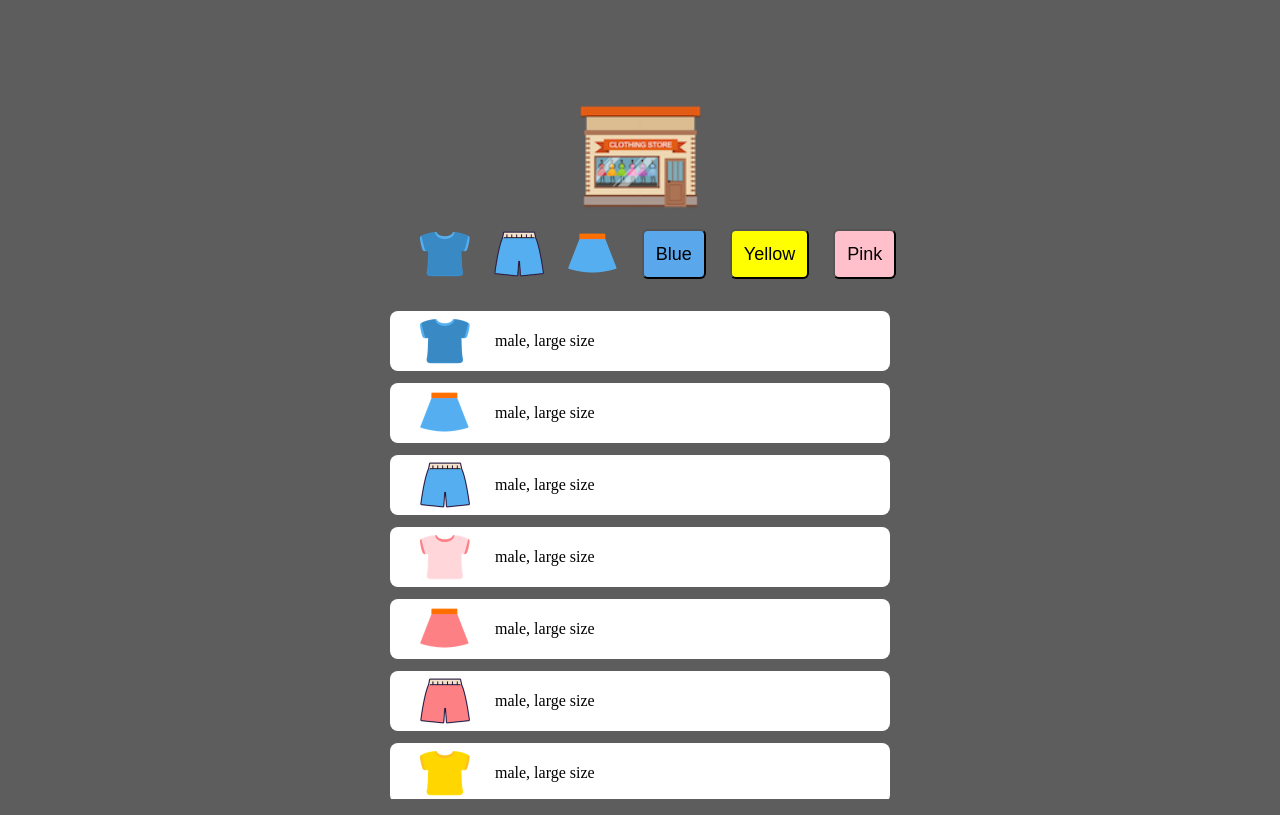
Repository: keehoonjung/Shoppingmall-Game
Page: index.html
An editor plug-in stored every save of this project. The page is shown before and after the next save, followed by the edit.
The browser window is 1280 px wide. The pictures show the whole page.
An inner scrolling area shows only its first screen.

Above is the page before, as saved 2021-08-12 16:40:50.

### index.html
<!DOCTYPE html>
<html lang="en">
<head>
    <meta charset="UTF-8">
    <meta http-equiv="X-UA-Compatible" content="IE=edge">
    <meta name="viewport" content="width=device-width, initial-scale=1.0">
    <title>Shoppingamll Game</title>
    <link rel="stylesheet" href="style.css">
    <script src="main.js" defer></script>
</head>
<body>
    <header>
        <img src="./imgs/logo.png" alt="header" class="header__logo">
    </header>
    <ul class="filter">
        <li class="filter__btn">
            <img src="./imgs/blue_t.png" alt="shirt" class="shirt">
        </li>
        <li class="filter__btn">
            <img src="./imgs/blue_p.png" alt="pants" class="pants">
        </li>
        <li class="filter__btn">
            <img src="./imgs/blue_s.png" alt="" class="skirt">
        </li>
        <li class="filter__btn">
            <button class="blue">
                Blue
            </button>
        </li>
        <li class="filter__btn">
            <button class="yellow">
                Yellow
            </button>
        </li>
        <li class="filter__btn">
            <button class="pink">
                Pink
            </button>
        </li>
    </ul>
    <ul class="items">
        <li class="item visible" data-type="shirt" data-color="blue">
            <img src="./imgs/blue_t.png" alt="blueshirt">
            <span>male, large size</span>
        </li>
        <li class="item visible" data-type="skirt" data-color="blue">
            <img src="./imgs/blue_s.png" alt="blueshirt">
            <span>male, large size</span>
        </li>
        <li class="item visible" data-type="pants" data-color="blue">
            <img src="./imgs/blue_p.png" alt="blueshirt">
            <span>male, large size</span>
        </li>
        <li class="item visible" data-type="shirt" data-color="pink">
            <img src="./imgs/pink_t.png" alt="blueshirt">
            <span>male, large size</span>
        </li>
        <li class="item visible" data-type="skirt" data-color="pink">
            <img src="./imgs/pink_s.png" alt="blueshirt">
            <span>male, large size</span>
        </li>
        <li class="item visible" data-type="pants" data-color="pink">
            <img src="./imgs/pink_p.png" alt="blueshirt">
            <span>male, large size</span>
        </li>
        <li class="item visible" data-type="shirt" data-color="yellow">
            <img src="./imgs/yellow_t.png" alt="blueshirt">
            <span>male, large size</span>
        </li>
        <li class="item visible" data-type="skirt" data-color="yellow">
            <img src="./imgs/yellow_s.png" alt="blueshirt">
            <span>male, large size</span>
        </li>
        <li class="item visible" data-type="pants" data-color="yellow">
            <img src="./imgs/yellow_p.png" alt="blueshirt">
            <span>male, large size</span>
        </li>
        <li class="item visible" data-type="shirt" data-color="yellow">
            <img src="./imgs/yellow_t.png" alt="blueshirt">
            <span>male, large size</span>
        </li>
        <li class="item visible" data-type="skirt" data-color="yellow">
            <img src="./imgs/yellow_s.png" alt="blueshirt">
            <span>male, large size</span>
        </li>
        <li class="item visible" data-type="pants" data-color="yellow">
            <img src="./imgs/yellow_p.png" alt="blueshirt">
            <span>male, large size</span>
        </li>
        <li class="item visible" data-type="shirt" data-color="yellow">
            <img src="./imgs/yellow_t.png" alt="blueshirt">
            <span>male, large size</span>
        </li>
        <li class="item visible" data-type="skirt" data-color="yellow">
            <img src="./imgs/yellow_s.png" alt="blueshirt">
            <span>male, large size</span>
        </li>
        <li class="item visible" data-type="pants" data-color="yellow">
            <img src="./imgs/yellow_p.png" alt="blueshirt">
            <span>male, large size</span>
        </li>
    </ul>
</body>
</html>

### style.css
* {
  box-sizing: border-box;
}

body {
  background-color: rgb(94, 93, 93);
  text-align: center;
  margin: 0;
}

ul {
  list-style: none;
}

button {
  outline: none;
  border-radius: 6px;
  display: inline-block;
  height: 50px;
  padding: 8px 12px;
  font-size: 18px;
  cursor: pointer;
  transition: transform 300ms ease-in;
}

button:hover {
  transform: scale(1.1);
}

header {
  margin-top: 100px;
}

.header__logo {
  width: 125px;
  cursor: pointer;
  transition: transform 300ms ease-in;
}

.header__logo:hover {
  transform: scale(1.1);
}

.filter {
  display: flex;
  justify-content: center;
  margin: 0;
  padding: 0;
  padding-left: 60px;
}

.filter__btn {
  padding-right: 24px;
}

.filter__btn img {
  height: 50px;
  cursor: pointer;
  transition: transform 300ms ease-in;
}

.filter__btn img:hover {
  transform: scale(1.1);
}

.blue {
  background-color: rgb(90, 167, 235);
}

.yellow {
  background-color: yellow;
}

.pink {
  background-color: pink;
}

.items {
  padding: 0;
  overflow-y: auto;
  height: 500px;
}

.item {
  background-color: white;
  margin-bottom: 12px;
  width: 500px;
  height: 60px;
  margin: 12px auto;
  border-radius: 8px;
  display: flex;
  align-items: center;
  padding-left: 30px;
  display: none;
}

.item.visible {
  display: flex;
}

.item img {
  height: 50px;
}

.item span {
  margin-left: 25px;
}

### main.js
"use strict";

const navi = document.querySelector(".filter");
const itemList = document.querySelector(".items");
const allItem = Array.from(document.querySelectorAll(".item"));
const headerLogo = document.querySelector(".header__logo");

headerLogo.addEventListener("click", () => {
  createAll();
});

navi.addEventListener("click", (evnet) => {
  const tag = event.target.tagName;
  const targetName = event.target.classList.value;
  if (tag == "IMG") {
    const items = allItem.filter((item) => item.dataset.type == targetName);
    deleteAll();
    items.forEach((item) => {
      item.classList.add("visible");
    });
  } else if (tag == "BUTTON") {
    const items = allItem.filter((item) => item.dataset.color == targetName);
    deleteAll();
    items.forEach((item) => {
      item.classList.add("visible");
    });
  }
});

function deleteAll() {
  allItem.forEach((item) => {
    item.classList.remove("visible");
  });
}

function createAll() {
  allItem.forEach((item) => {
    item.classList.add("visible");
  });
}

After the next save:
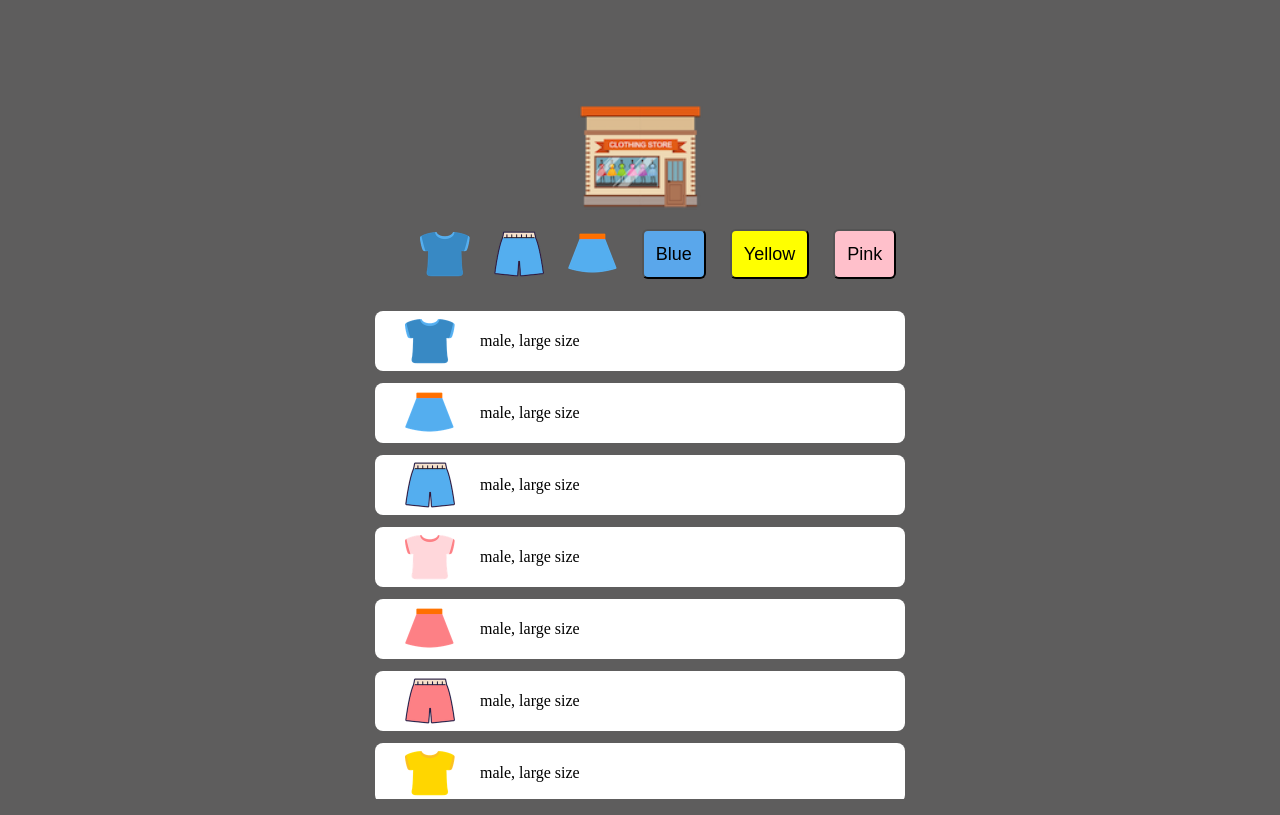
Saved 2 h 25 min later.
--- a/style.css
+++ b/style.css
@@ -1,5 +1,5 @@
-* {
-  box-sizing: border-box;
+:root {
+  --color--darkgrey: rgb(94, 93, 93);
 }
 
 body {
